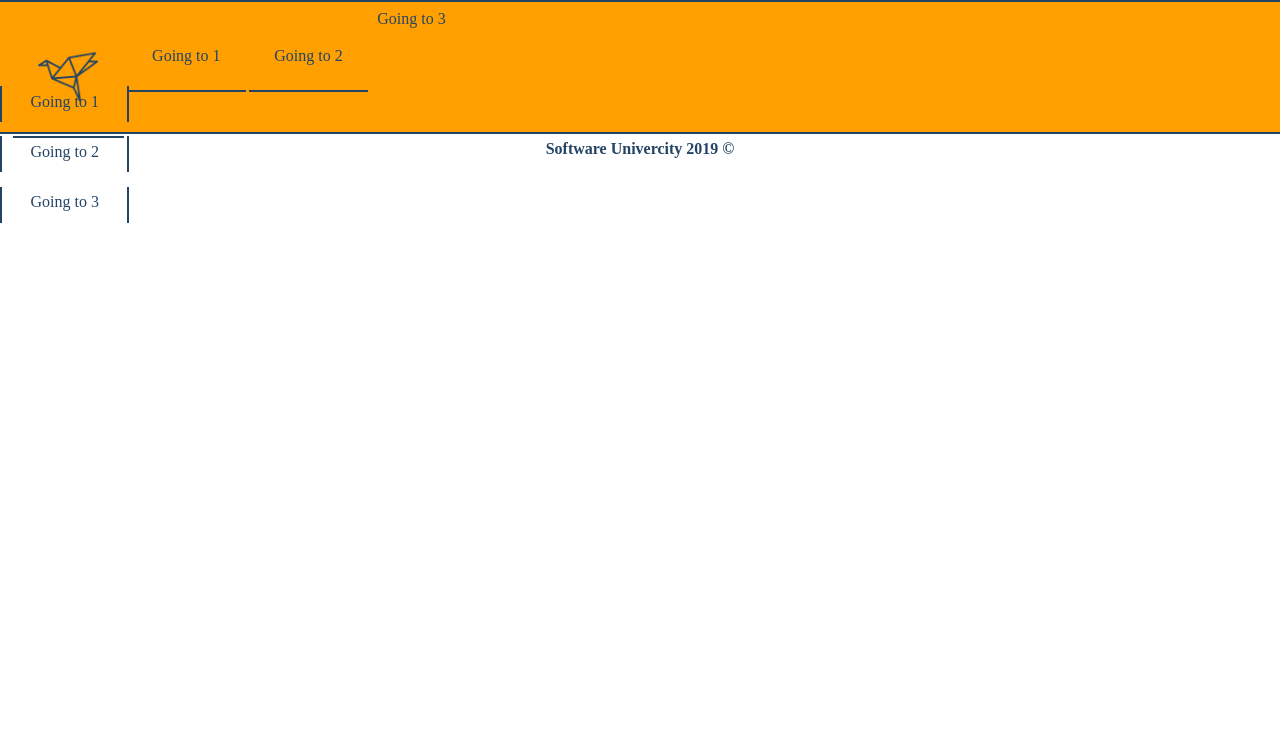
Repository: vsterev/origami
Page: /
These files come from the project's save history. The page is drawn as it stood at one moment and after the next save; the edit follows.
The browser window is 1280 px wide. The pictures show the whole page.
The project was rebuilt for these pictures with package versions that can differ from the ones it lists, and the page was loaded fresh each time. Also part of the build but not shown: src/components/header/index.js.

Above is the page before, as saved 2020-07-12 13:04:00.

### public/index.html
<!DOCTYPE html>
<html lang="en">
  <head>
    <meta charset="utf-8" />
    <link rel="icon" href="%PUBLIC_URL%/favicon.ico" />
    <meta name="viewport" content="width=device-width, initial-scale=1" />
    <meta name="theme-color" content="#000000" />
    <meta
      name="description"
      content="Web site created using create-react-app"
    />
    <link rel="apple-touch-icon" href="%PUBLIC_URL%/logo192.png" />
    <!--
      manifest.json provides metadata used when your web app is installed on a
      user's mobile device or desktop. See https://developers.google.com/web/fundamentals/web-app-manifest/
    -->
    <!--
      Notice the use of %PUBLIC_URL% in the tags above.
      It will be replaced with the URL of the `public` folder during the build.
      Only files inside the `public` folder can be referenced from the HTML.

      Unlike "/favicon.ico" or "favicon.ico", "%PUBLIC_URL%/favicon.ico" will
      work correctly both with client-side routing and a non-root public URL.
      Learn how to configure a non-root public URL by running `npm run build`.
    -->
    <title>Origami workshop</title>
  </head>
  <body>
    <noscript>You need to enable JavaScript to run this app.</noscript>
    <div id="root"></div>
    <!--
      This HTML file is a template.
      If you open it directly in the browser, you will see an empty page.

      You can add webfonts, meta tags, or analytics to this file.
      The build step will place the bundled scripts into the <body> tag.

      To begin the development, run `npm start` or `yarn start`.
      To create a production bundle, use `npm run build` or `yarn build`.
    -->
  </body>
</html>

### src/index.css

@import url('https://fonts.googleapis.com/css?family=Indie+Flower&display=swap');
* {
    margin: 0;
    padding: 0;
    font-family: 'Indie- Flower', cursive;
}

### src/App.js
import React from 'react';
import './App.css';
import Header from './components/header'
import Menu from './components/menu'
import Footer from './components/footer'
function App() {
  return (
    <div className="App">
      {/* <Header /> */}
      <Menu />
      <Footer />
    </div>
  );
}

export default App;

### src/App.css
.App {
  max-width: 100%;
  margin: 0 auto;
}

.Container {
  margin-top: 8.5%;
  padding: 0.5%;
  /* border: 1px solid purple; */
  margin-bottom: 0.1%;
}

### src/components/menu/index.js
import React from 'react'
import './style.css'
import Link from '../link'
const Menu = () => {
    return (
        <aside className="Aside">
            <ul>
                <Link to="/home">Going to 1</Link>
                <Link to="/">Going to 2</Link>
                <Link to="/new">Going to 3</Link>
            </ul>
        </aside>
    )

}
export default Menu

### src/components/footer/index.js
import React from 'react'
import './styles.css'
import Link from '../link'
import logo from '../../images/blue-origami-bird-flipped.png'

const Footer = () => {
    return (
        <footer className="Footer">
            <ul>
                <Link to="/"><img id="logo" src={logo} alt="logo" /></Link>
                <Link to="/home">Going to 1</Link>
                <Link to="/">Going to 2</Link>
                <Link to="/new">Going to 3</Link>
            </ul>
            <p>Software Univercity 2019 &#169;</p>
        </footer>
    )
}
export default Footer

### src/components/header/styles.css
.Navigation {
    width: 100%;
    height: 10vh;
    background-color: #234465;
    color: white;
    position: fixed;
    top: 0;
    border-bottom: 2px solid #ffa000;
    border-top: 2px solid #ffa000;
}
#logo {
    width: 60px;
}

### src/components/link/index.js
import React from 'react'
import './styles.css'
function Link({ children, to }) {
    return (
        <li className="listItem">
            <a href={to}>{children}</a>
        </li>
    )
}
export default Link;

### src/components/menu/style.css
.Aside {
    position: absolute;
    top: 12vh;
    display: inline-block;
    width: 10%;
    margin-right: 1%;
    height: 89.5vh;
    /* border:1px solid red; */
    vertical-align: top;
}

### src/components/footer/styles.css
.Footer {
    width: 100%;
    height: 18vh;
    background-color: #ffa000;
    color: #234465;
    border-top: 2px solid #234465;
    border-bottom: 2px solid #234465;
    margin-bottom: 1%;
}

.Footer p {
    text-align: center;
    font-weight: bold;;
}

### src/components/link/styles.css
nav .listItem a {
    color: white;
    text-decoration: none;
}

footer .listItem a {
    color: #234465;
    text-decoration: none;
}

nav .listItem, footer .listItem {
    display: inline-block;
    height: auto;
    margin-right: 2%;
    cursor: pointer;
    padding: 0.5%;
    margin: 0.1%;
    vertical-align: top;
}

footer .listItem:nth-child(1) {
    margin-left: 1%;
}

nav .listItem:not(:first-child) {
    padding: 2%;
    margin-top: 1.5%;
    border-top: 2px solid #ffa000;
}

footer .listItem:not(:last-child) {
    padding: 2%;
    margin-top: 1.5%;
    border-bottom: 2px solid #234465;
}

nav .listItem:hover {
    border-top: none;
    border-bottom: 2px solid #ffa000;
    font-weight: bold;
}

footer .listItem:hover {
    border-bottom: none;
    border-top: 2px solid #234465;
    font-weight: bold;
}

aside .listItem {
    display: block;
    width: 98%;
    border-left: 2px solid #234465;
    border-right: 2px solid #234465;
    margin-bottom: 11%;
    height: 5vh;
    text-align: center;
}

aside .listItem a {
    color: #234465;
    text-align: center;
    text-decoration: none;
    padding-top: 5%;
    height: 60%;
    display: block;
}

aside .listItem:hover {
    border-left: none;
    border-right: none;
    font-weight: bold;
    border-top: 2px solid #234465;
    border-bottom: 2px solid #234465;
    color: #ffa000;
}

Loaded but not shown: src/index.js (common file)

After the next save:
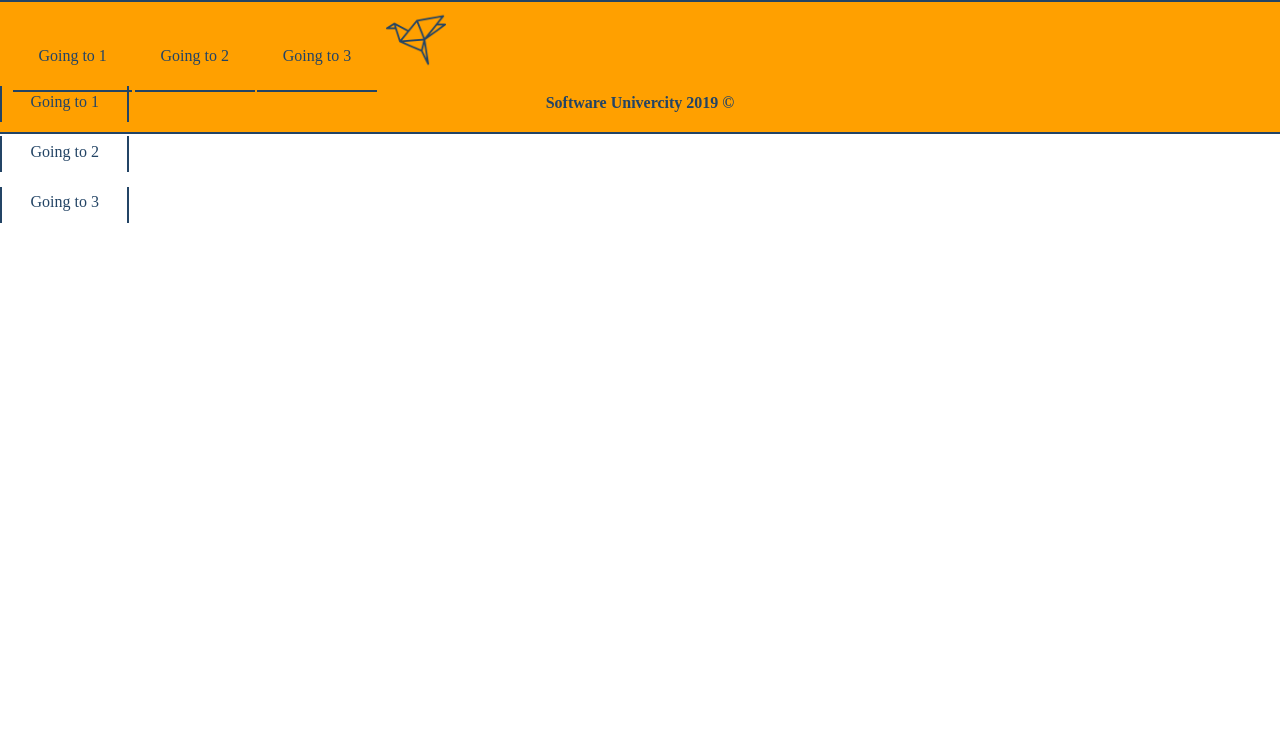
Saved 24 s later.
--- a/src/components/footer/index.js
+++ b/src/components/footer/index.js
@@ -7,10 +7,10 @@
     return (
         <footer className="Footer">
             <ul>
-                <Link to="/"><img id="logo" src={logo} alt="logo" /></Link>
                 <Link to="/home">Going to 1</Link>
                 <Link to="/">Going to 2</Link>
                 <Link to="/new">Going to 3</Link>
+                <Link to="/"><img id="logo" src={logo} alt="logo" /></Link>
             </ul>
             <p>Software Univercity 2019 &#169;</p>
         </footer>
